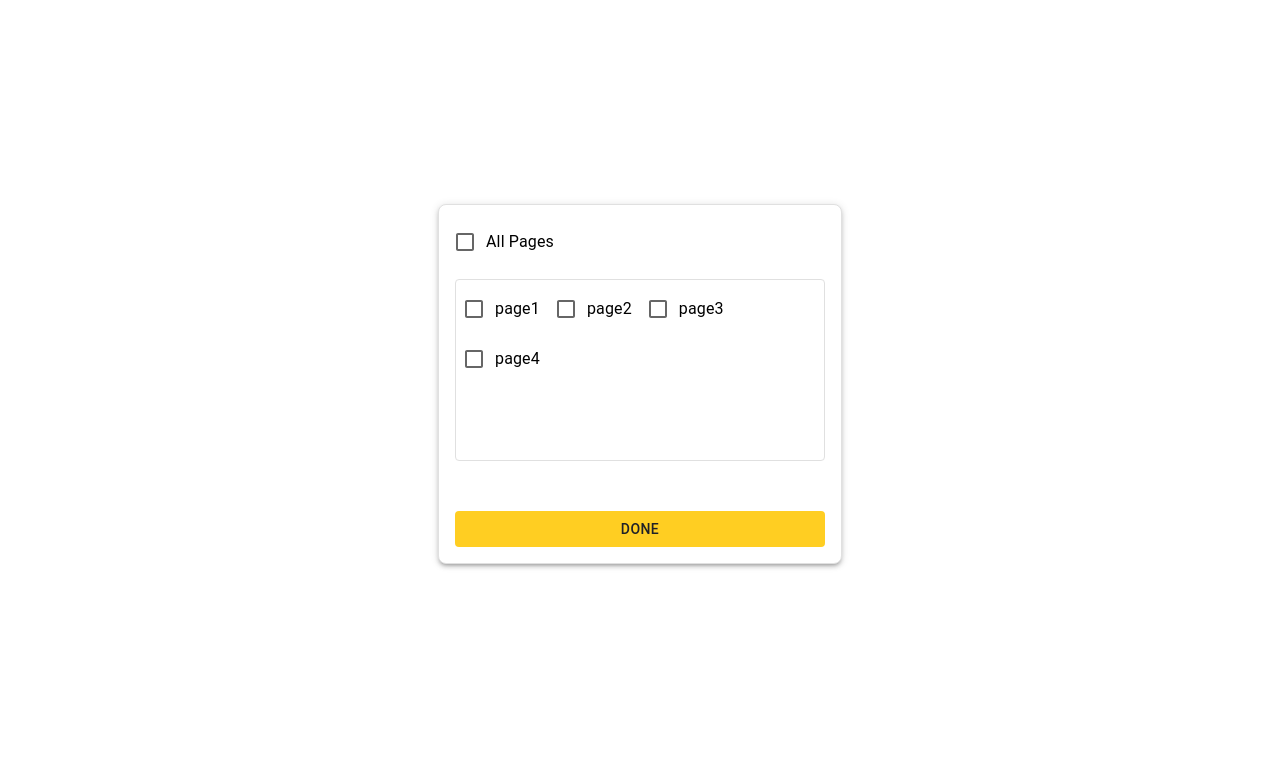
Repository: Tabishhaider72/Ellty-Test
Page: /
An editor plug-in stored every save of this project. The page is shown before and after the next save, followed by the edit.
The browser window is 1280 px wide. The pictures show the whole page.
The project was rebuilt for these pictures with package versions that can differ from the ones it lists, and the page was loaded fresh each time. Also part of the build but not shown: vite.config.js, src/index.css.

Above is the page before, as saved 2024-08-28 14:53:55.

After the next save:
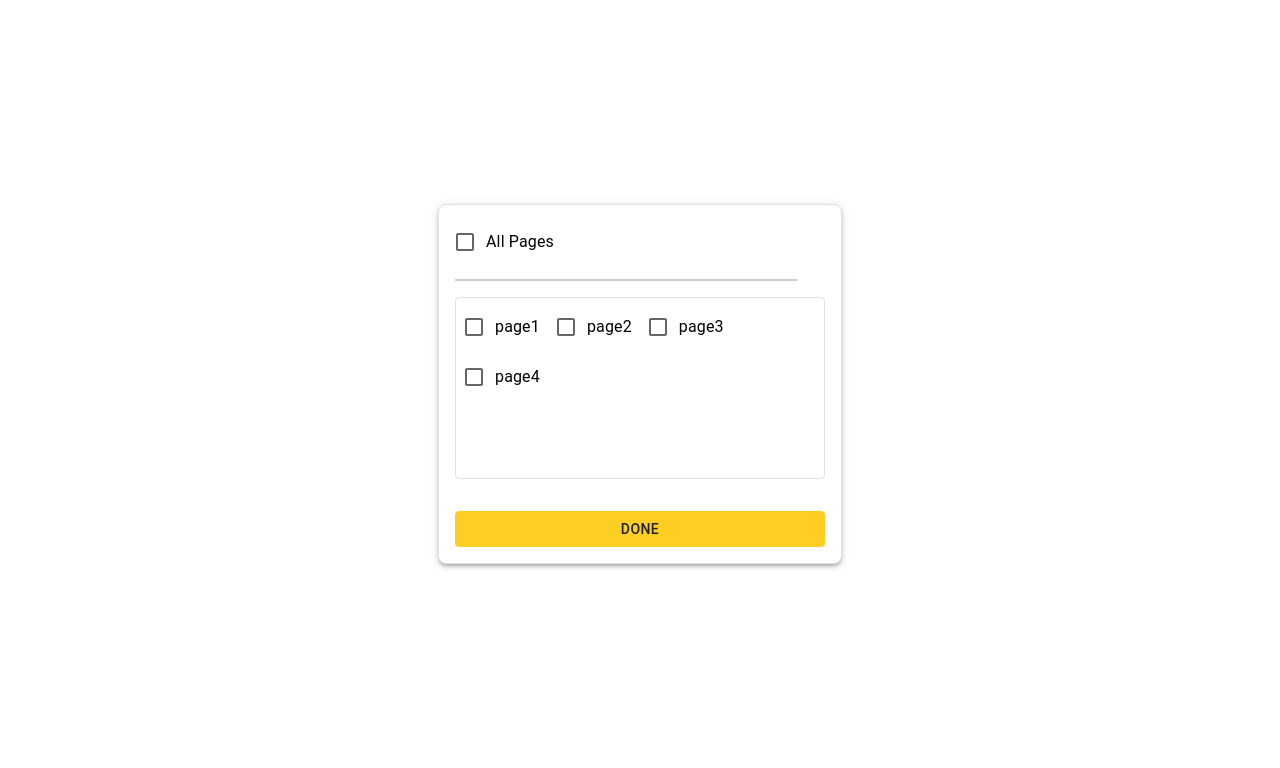
Saved 3 min 41 s later.
--- a/src/App.jsx
+++ b/src/App.jsx
@@ -68,6 +68,14 @@ function PageSelector() {
         </Box>
         <Box
           sx={{
+            width: '340px',
+            height: '0px',
+            border: '0.7px solid #CDCDCD',
+            mb: 2,
+          }}
+        />
+        <Box
+          sx={{
             overflowY: 'auto',
             height: 164,
             mb: 2,
